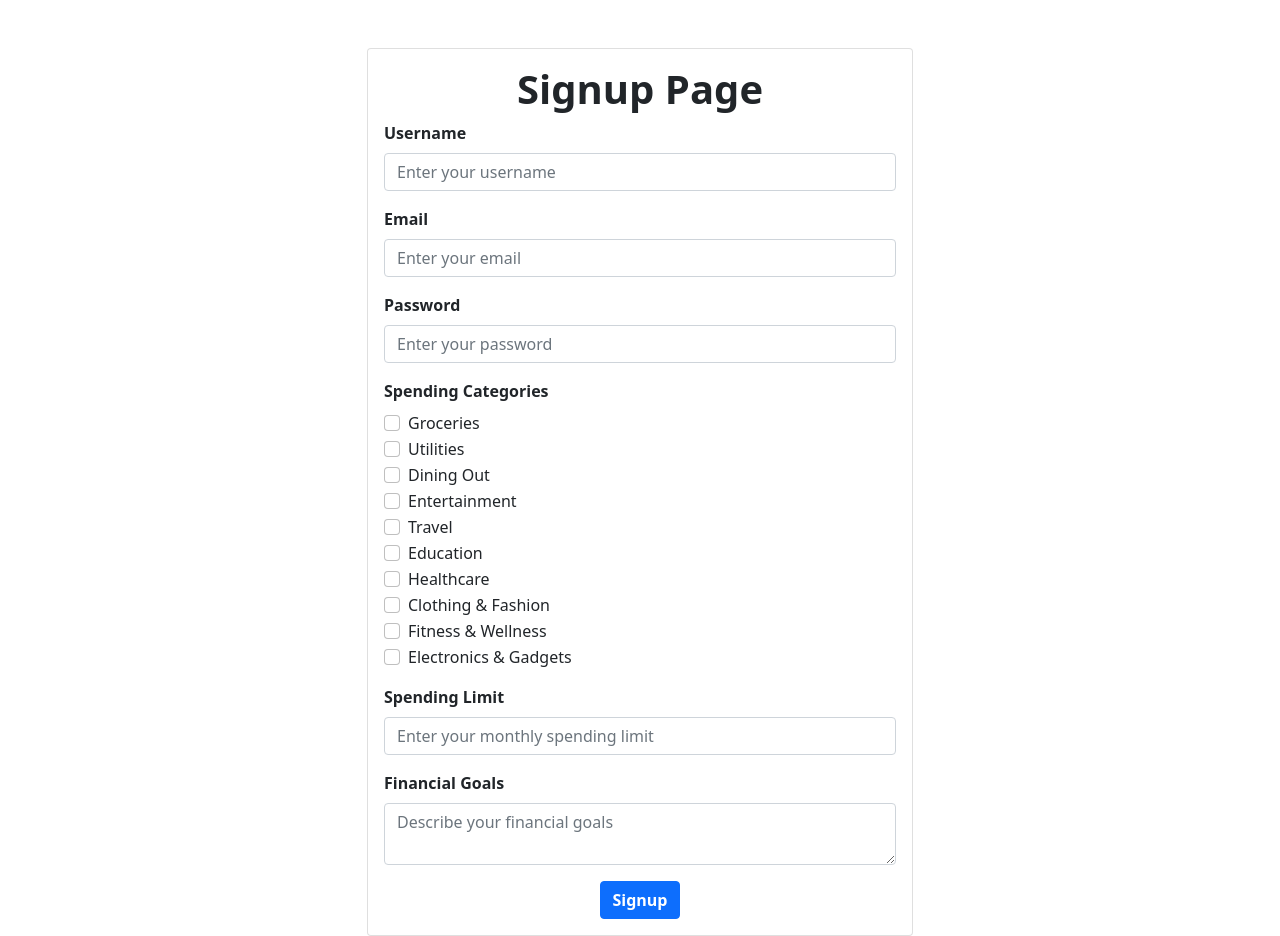
Repository: tommyshado/budget-buddy
Page: public/signup.html
These files come from the project's save history. The page is drawn as it stood at one moment and after the next save; the edit follows.
The browser window is 1280 px wide. The pictures show the whole page.

Above is the page before, as saved 2023-12-07 12:30:06.

After the next save:
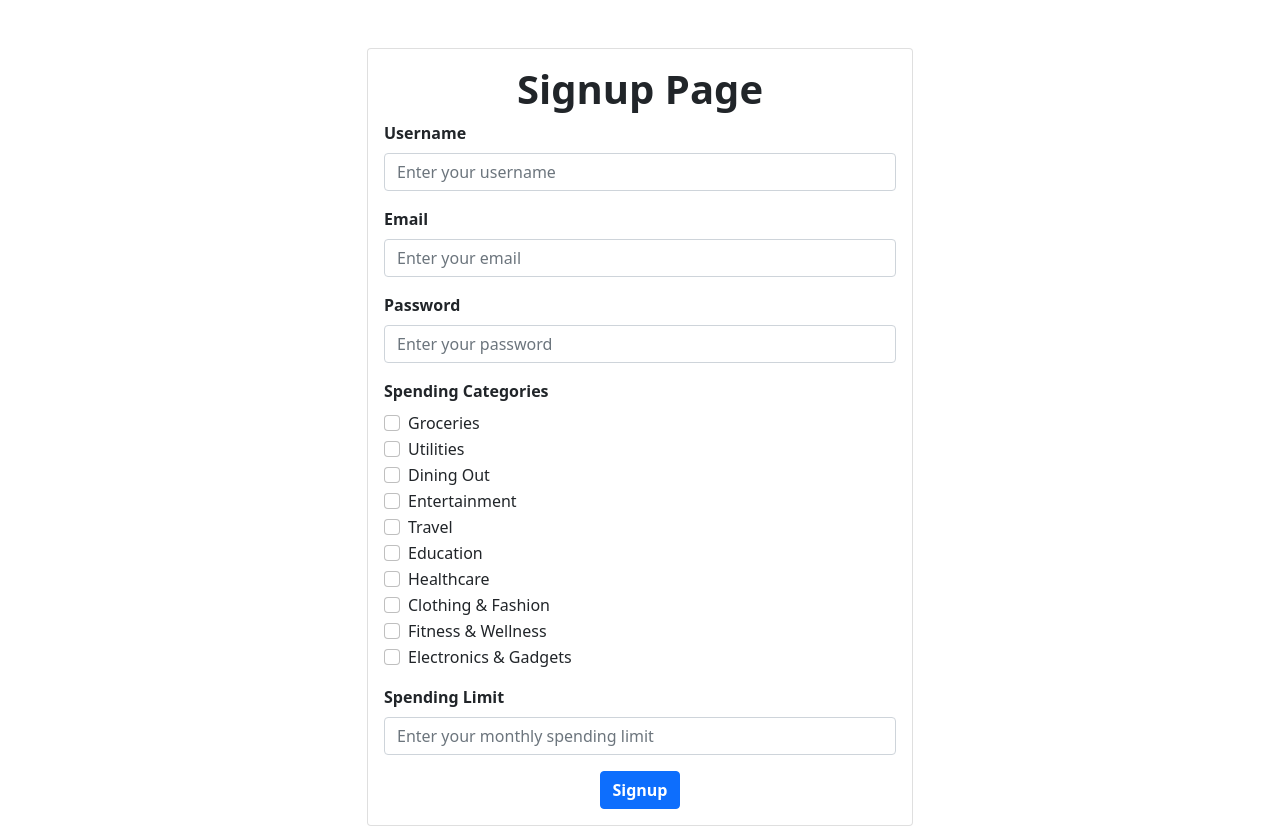
Saved 19 s later.
--- a/public/signup.html
+++ b/public/signup.html
@@ -103,11 +103,7 @@
                                 <input name="spendingLimit" class="form-control" type="number" placeholder="Enter your monthly spending limit" required />
                             </div>
 
-                            <!-- Financial Goals -->
-                            <div class="mb-3">
-                                <label for="financialGoals" class="form-label"><strong>Financial Goals</strong></label>
-                                <textarea name="financialGoals" class="form-control" placeholder="Describe your financial goals" required></textarea>
-                            </div>
+
 
                             <!-- Signup Button -->
                             <div class="text-center">
